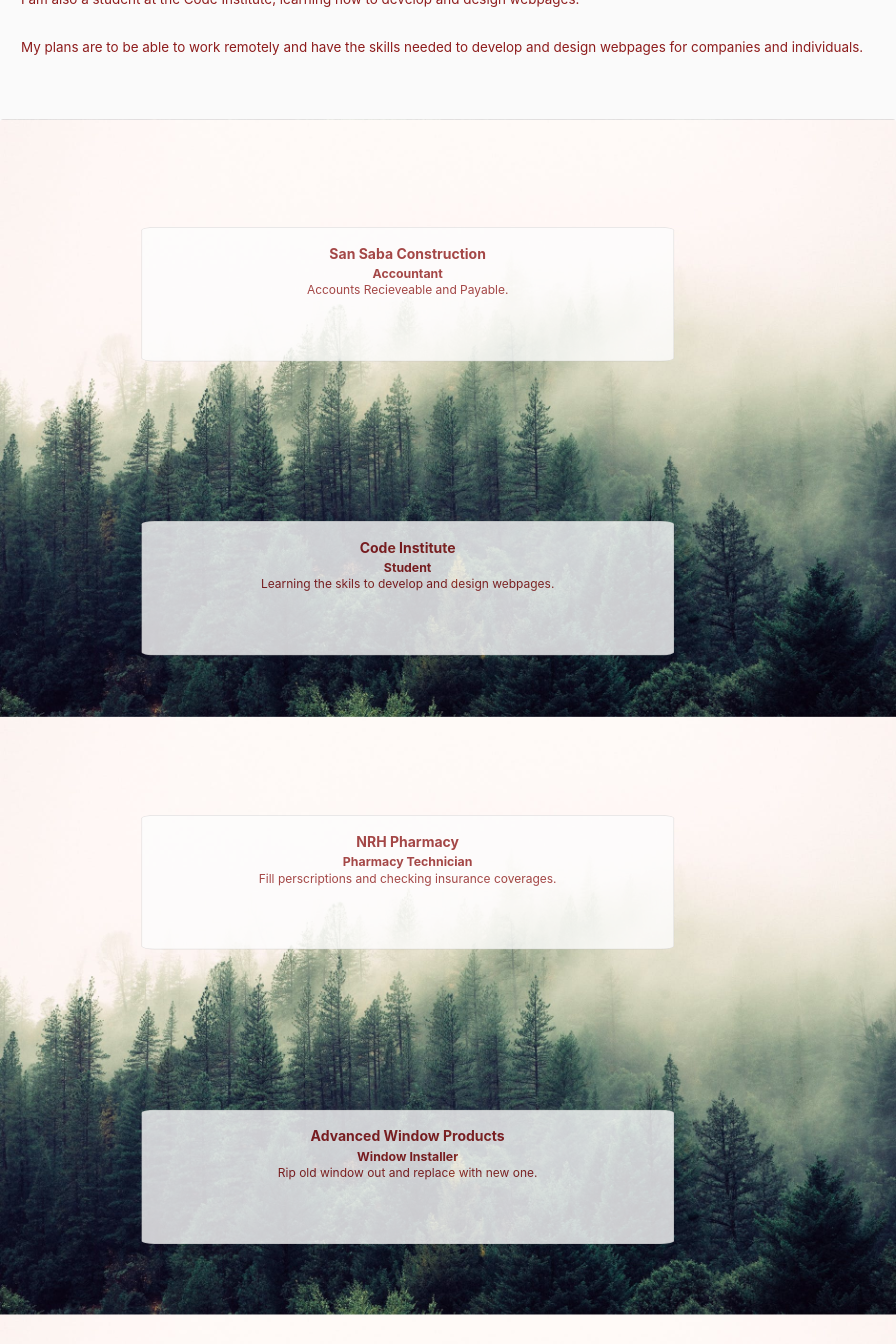
Repository: sshields9591/user-centric-project
Page: index.html
The author's editor kept a record of every edit. The page is drawn from the files as they stood at one moment, then again after the next edit.
The browser window is 1280 px wide. The pictures show the part of the page from y = 1016 to 2936 px (the page is 5248 px tall before and 5099 px after), at 70% of full size.
Backgrounds fixed to the window are drawn as part of the page. Some web libraries are served in a nearby version.

Above is the page before.

### index.html
<!DOCTYPE html>
<html lang="en">

<head>


    <meta charset="UTF-8">
    <meta name="viewport" content="width=device-width, initial-scale=1.0">
    <meta http-equiv="X-UA-Compatible" content="ie=edge">
    <link rel="stylesheet" href="https://maxcdn.bootstrapcdn.com/bootstrap/4.1.3/css/bootstrap.min.css">
    <link rel="stylesheet" href="https://use.fontawesome.com/releases/v5.11.1/css/all.css" integrity="sha384-IT8OQ5/IfeLGe8ZMxjj3QQNqT0zhBJSiFCL3uolrGgKRuenIU+mMS94kck/AHZWu" crossorigin="anonymous">
    <link href="https://fonts.googleapis.com/css?family=Roboto:400,700&display=swap" rel="stylesheet">
    <link rel="stylesheet" href="style.css" type="text/css" />

    <title>Steven Shields Portfolio</title>


</head>


<body>


    <!-------JUMBOTRON / NAVBAR------->


    <div class="jumbotron" id="landing-view">
        <div class="container-fluid">
            <div class="container">
                <nav class="navDefault">
                    <div class="dropdown">
                        <button>Explore</button>
                        <ul class="dropdownMenu">
                            <li class="dropdownItem"><a href="#" class="dropdownLink">About</a></li>
                            <li class="dropdownItem"><a href="#" class="dropdownLink">Work</a></li>
                            <li class="dropdownItem"><a href="#" class="dropdownLink">Skills</a></li>
                            <li class="dropdownItem"><a href="#" class="dropdownLink">Contact</a></li>
                        </ul>
                    </div>
                </nav>
            </div>
            <div class="container top">
                <br>
                <br>
                <br>
                <h1 class="name">Steven Shields</h1>
                <p class="title">Full-Stack Software Developer</p>
            </div>
        </div>
    </div>


    <!-------ABOUT ME------->


    <div id="about-me">
        <div class="container-fluid">
            <div class="row about-row" id="about">
                <br>
                <br>
                <h2>About</h2>
            </div>
            <div class="col">
                <p class="about-p">
                    I am currently an accountant for San Saba Construction doing AR and AP duties. I submit payment applications each month to our customers that we do work with, make sure each of our vendors are paid each month to prevent lien notices from going out on a job which will prohibit any further production of the specific job.
                </p>
                <br>
                <p class="about-p">
                    I am also a student at the Code Institute, learning how to develop and design webpages.
                </p>
                <br>
                <p class="about-p">
                    My plans are to be able to work remotely and have the skills needed to develop and design webpages for companies and individuals.
                </p>
                <br>
                <br>
                <br>
            </div>
        </div>
    </div>


    <!-------WORK------->


    <div class="jumbotron" id="work">
        <div class="container-fluid card-container">
            <div class="col col-md-8 project-cards">
                <div class="card">
                    <div class="card-body">
                        <h5 class="card-title">San Saba Construction</h5>
                        <h6 class="card-subtitle">Accountant</h6>
                        <p class="card-text">Accounts Recieveable and Payable.</p>
                    </div>
                </div>
            </div>
            <div class="col col-md-8 project-cards">
                <div class="card">
                    <div class="card-body">
                        <h5 class="card-title">Code Institute</h5>
                        <h6 class="card-subtitle">Student</h6>
                        <p class="card-text">Learning the skils to develop and design webpages.</p>
                    </div>
                </div>
            </div>
            <div class="col col-md-8 project-cards">
                <div class="card">
                    <div class="card-body">
                        <h5 class="card-title">NRH Pharmacy</h5>
                        <h6 class="card-subtitle">Pharmacy Technician</h6>
                        <p class="card-text">Fill perscriptions and checking insurance coverages.</p>
                    </div>
                </div>
            </div>
            <div class="col col-md-8 project-cards">
                <div class="card">
                    <div class="card-body">
                        <h5 class="card-title">Advanced Window Products</h5>
                        <h6 class="card-subtitle">Window Installer</h6>
                        <p class="card-text">Rip old window out and replace with new one.</p>
                    </div>
                </div>
            </div>
            <div class="col col-md-8 project-cards">
                <div class="card">
                    <div class="card-body">
                        <h5 class="card-title">Texas Health Resources</h5>
                        <h6 class="card-subtitle">ER PCT</h6>
                        <p class="card-text">Ensure the well being of all patients that came in, completing basic nursing tasks.</p>
                    </div>
                </div>
            </div>
            <div class="col col-md-8 project-cards">
                <div class="card">
                    <div class="card-body">
                        <h5 class="card-title">Unclaimed Freight</h5>
                        <h6 class="card-subtitle">Furniture Salesman</h6>
                        <p class="card-text">Selling goods, handling cash and ensuring their delivery at specific times.</p>
                    </div>
                </div>
            </div>
        </div>
    </div>


    <!-------SKILLS------->


    <div class="skills-section" id="skills">
        <div class="container-fluid">
            <div class="row skills-row">
                <br>
                <br>
                <h2>Skills Learning</h2>
            </div>
            <div class="contianer skills-inner">
                <div class="col col-md-3 skill-circle">
                    <div class="arc-container">
                        <div class="arc-overlay">
                            <p class="html">.html</p>
                        </div>
                        <div class="arc-wrapper">
                        </div>
                    </div>
                </div>
                <div class="col col-md-3 skill-circle">
                    <div class="arc-container">
                        <div class="arc-overlay">
                            <p class="css">.css</p>
                        </div>
                        <div class="arc-wrapper">
                        </div>
                    </div>
                </div>
                <div class="col col-md-3 skill-circle">
                    <div class="arc-container">
                        <div class="arc-overlay">
                            <p class="js">.js</p>
                        </div>
                        <div class="arc-wrapper">
                        </div>
                    </div>
                </div>
                <div class="col col-md-3 skill-circle">
                    <div class="arc-container">
                        <div class="arc-overlay">
                            <p class="py">.py</p>
                        </div>
                        <div class="arc-wrapper">
                        </div>
                    </div>
                </div>
                <div class="col col-md-3 skill-circle">
                    <div class="arc-container">
                        <div class="arc-overlay">
                            <p class="sql">.sql</p>
                        </div>
                        <div class="arc-wrapper">
                        </div>
                    </div>
                </div>
                <div class="col col-md-3 skill-circle">
                    <div class="arc-container">
                        <div class="arc-overlay">
                            <p class="django">.dj</p>
                        </div>
                        <div class="arc-wrapper">
                        </div>
                    </div>
                </div>
            </div>
        </div>
    </div>


    <!-------CONTACT------->


    <div class="jumbotron" id="contact">
        <div class="container-fluid">
            <div class="col contact-form">
                <br>
                <h2 class="contact-head" id="contact-head">Contact</h2>
                <br>
                <form class="contact">
                    <div class="row">
                        <div class="form-group">
                            <input type="text" class="form-control" id="exampleInputName" name="Name" placeholder="Name" required/>
                        </div>
                    </div>
                    <br>
                    <div class="row">
                        <div class="form-group">
                            <input type="text" class="form-control" id="exampleInputPhone" name="Phone" placeholder="Phone">
                        </div>
                    </div>
                    <br>
                    <div class="row">
                        <div class="form-group">
                            <input type="email" class="form-control" id="exampleInputEmail1" name="Email" placeholder="Email" required>
                        </div>
                    </div>
                    <br>
                    <div class="row">
                        <div class="form-group message">
                            <textarea class="form-control" name="message" rows="6" placeholder="Message" required></textarea>
                        </div>
                    </div>
                    <br>
                    <input type="submit" value="Send" class="btn btn-default">
                </form>
            </div>
        </div>
    </div>


    <!-------FOOTER------->


    <footer>
        <div class="container-fluid">
            <div class="row foot">
                <div class="col icons">
                    <a href="https://www.linkedin.com/in/steven-shields-64689118a/"><i class="fab fa-linkedin-in alignment"></i></a>
                    <a href="https://www.github.com/sshields9591"><i class="fab fa-github alignment"></i></a>
                    <a href="resume.docx"><i class="fas fa-file-download alignment"></i></a>
                    <a href="#" style='padding-right: 0px'><i class="fab fa-facebook alignment"></i></a>
                </div>
            </div>
        </div>
    </footer>


    <!-------------->


    <script src="https://code.jquery.com/jquery-3.2.1.slim.min.js" integrity="sha384-KJ3o2DKtIkvYIK3UENzmM7KCkRr/rE9/Qpg6aAZGJwFDMVNA/GpGFF93hXpG5KkN" crossorigin="anonymous"></script>
    <script src="https://cdnjs.cloudflare.com/ajax/libs/popper.js/1.12.9/umd/popper.min.js" integrity="sha384-ApNbgh9B+Y1QKtv3Rn7W3mgPxhU9K/ScQsAP7hUibX39j7fakFPskvXusvfa0b4Q" crossorigin="anonymous"></script>
    <script src="https://maxcdn.bootstrapcdn.com/bootstrap/4.0.0/js/bootstrap.min.js" integrity="sha384-JZR6Spejh4U02d8jOt6vLEHfe/JQGiRRSQQxSfFWpi1MquVdAyjUar5+76PVCmYl" crossorigin="anonymous"></script>



</body>


</html>

### style.css
body {
    background-color: #fafafa;
    color: #8e1c1c;
}


/*-------NAVBAR-------*/

.navDefault {
    position: fixed;
    top: 0;
    right: 0;
    background-color: transparent;
}

button {
    border: none;
    background-color: #8e1c1c;
    width: 100px;
    height: 50px;
    color: #fff;
    text-transform: uppercase;
    cursor: pointer;
}

.dropdownMenu {
    list-style: none;
    margin: 0;
    padding: 0;
    position: absolute;
    left: 0;
    right: 0;
    top: 50;
    z-index: -1;
    width: 100px;
    box-shadow: 0px 6px 10px 0px rgba(0, 0, 0, 0.2);
    text-align: center;
    transform: translateY(-100%);
    transition: transform .5s ease-in-out;
}

.dropdownLink {
    text-decoration: none;
    display: block;
    background-color: #fafafa;
    color: #8e1c1c;
    padding: 10px 5px;
    transition: background-color .5s ease-in-out, color .5s ease-in-out;
}

.dropdownLink:hover {
    color: #fff;
    background-color: #8e1c1c;
}

.dropdown {
    width: 100px;
    position: relative;
}

.dropdown:hover button {
    background-color: #8e1c1c;
}

.dropdown:hover .dropdownMenu {
    transform: translateY(0);
}


/*-------JUMBOTRON-------*/

#landing-view {
    background-image: url(images/landing.jpg);
    background-attachment: fixed;
    background-position: center;
    background-size: cover;
    height: 100vh;
    background-repeat: no-repeat;
}

.top {
    padding-left: 12px;
    text-align: center;
}

h1 {
    padding-top: 5%;
    font-size: 5em;
}

.jumbotron p {
    font-size: 2.5em;
}


/*-------ABOUT ME-------*/

.about-row {
    padding-top: 10px;
    font-size: 1.75em;
    line-height: 2;
}

h2 {
    margin-left: 15px;
    letter-spacing: 5px;
    text-transform: uppercase;
}

.about-p {
    font-size: 1.2em;
}


/*-------WORK-------*/

#work {
    background-image: url(images/tree-fog.jpg);
    background-attachment: fixed;
    background-position: center;
    background-repeat: no-repeat;
    background-size: cover;
    padding-top: 40px;
    padding-bottom: 40px;
}

.project-cards {
    display: inline-table;
    justify-content: center;
    align-items: center;
}

.card {
    background-color: #fdfdfd;
    border-radius: 2.5%;
    height: 16em;
    top: 50%;
    margin: 15% auto;
    padding: 15px;
    align-items: center;
    z-index: 2;
    display: block;
    opacity: 0.8;
}

.card-body {
    text-align: center;
    padding-top: 10px;
}

.card-title {
    font-size: 1.25em;
    font-weight: bold;
}

.card-subtitle {
    font-size: 1.1em;
    font-weight: bold;
}

.card-body .card-text {
    font-size: 1.07em;
}


/*-------SKILLS-------*/

#skills {
    position: relative;
    top: 12%;
    padding-bottom: 96px;
}

.skills {
    margin-top: 70px;
}

.skills-inner {
    margin-left: 30px;
}

.skill-circle {
    display: inline-table;
    margin-bottom: 55px;
    padding-left: 18%;
}

.arc-wrapper {
    width: 120px;
    height: 120px;
    border-radius: 150px;
    background: #d3d3d3;
    overflow: hidden;
    left: 0px;
    top: 50px;
    position: absolute;
}

.arc-overlay {
    width: 110px;
    height: 110px;
    background-color: #fafafa;
    padding-left: 20px;
    padding-top: 6px;
    box-sizing: border-box;
    -moz-box-sizing: border-box;
    line-height: 100px;
    font-weight: 400;
    text-shadow: 0 1px 0 #fff;
    font-size: 22px;
    border-radius: 100px;
    position: absolute;
    z-index: 5;
    top: 55px;
    left: 5px;
}

.arc-container {
    position: relative;
    height: 130px;
    width: 130px;
}

.html {
    padding-left: 18px;
}

.css {
    padding-left: 18px;
}

.js {
    padding-left: 18px;
}

.py {
    padding-left: 18px;
}

.sql {
    padding-left: 18px;
}

.django {
    padding-left: 18px;
}


/*-------CONTACT-------*/

#contact {
    background-attachment: fixed;
    background-image: url('images/river.jpg');
    background-position: center;
    background-size: cover;
    height: 115vh;
    width: 100vw;
    background-repeat: no-repeat;
}

.contact-form {
    position: relative;
    top: 6%;
}

.contact {
    margin-left: 30px;
}

#contact-head {
    margin-left: -30px;
}

.btn {
    background-color: #8e1c1c;
    color: #fff;
    margin-left: 50px;
}


/*-------FOOTER-------*/

footer {
    border-color: transparent;
    text-align: center;
}

.foot {
    margin-bottom: 20px;
}

a {
    padding: 5px 5px 15px 15px;
    background-color: transparent;
}

.alignment {
    line-height: 2px;
}

i {
    display: inline-block;
    color: #8f8f8f;
    width: 41px;
    height: 25px;
    font-size: 28px;
    text-align: center;
    margin-top: 2.5px;
    margin-bottom: 2.5px;
}


/*-------MEDIA QUERIES------*/

@media (min-width: 768px) and (max-width: 1024px) {

    /*--JUMBOTRON--*/

    .name {
        padding-top: 0px;
    }

    h1 {
        font-size: 10em;
    }

    .jumbotron p {
        font-size: 4em;
    }

    /*--ABOUT--*/

    .about-p {
        font-size: 1.8em;
    }

    /*--WORK--*/

    .card-container {
        width: 77vw;
    }

    .card {
        height: 12em;
        padding: 8px;
    }

    .project-cards {
        margin-left: 60px;
    }

    /*--SKILLS--*/

    .skill-circle {
        margin-left: 30px;
        padding-left: 30px;
    }

    /*--CONTACT--*/

    #contact {
        padding: 0px 10px;
        height: 100vh;
    }

    .contact {
        margin-top: 60px;
    }

    .contact-head {
        margin-left: -30px;
    }

    .form-control {
        width: 50vw;
    }

    .form-group {
        padding: 0px;
        margin-left: 190px;
        margin-bottom: 20px;
    }

    .btn {
        margin-left: 400px;
    }
}

@media (min-width: 1025px) {

    /*--JUMBOTRON--*/

   .name{
       padding-top: 0px;
   }

    h1 {
        font-size: 10em;
    }

    .jumbotron p {
        font-size: 4em;
    }

    /*--WORK--*/

    .project-cards {
        margin-left: 140px;
    }

    .card {
        height: 12em;
    }

    /*--CONTACT--*/

    .form-group {
        margin-left: 250px;
    }

    .form-control {
        width: 50vw;
    }
    .btn {
        margin-left: 550px;
    }

    /*--FOOTER--*/

    footer {
        margin-right: 60px;
    }

    i {
        margin-right: 50px;
    }
}

After the next edit:
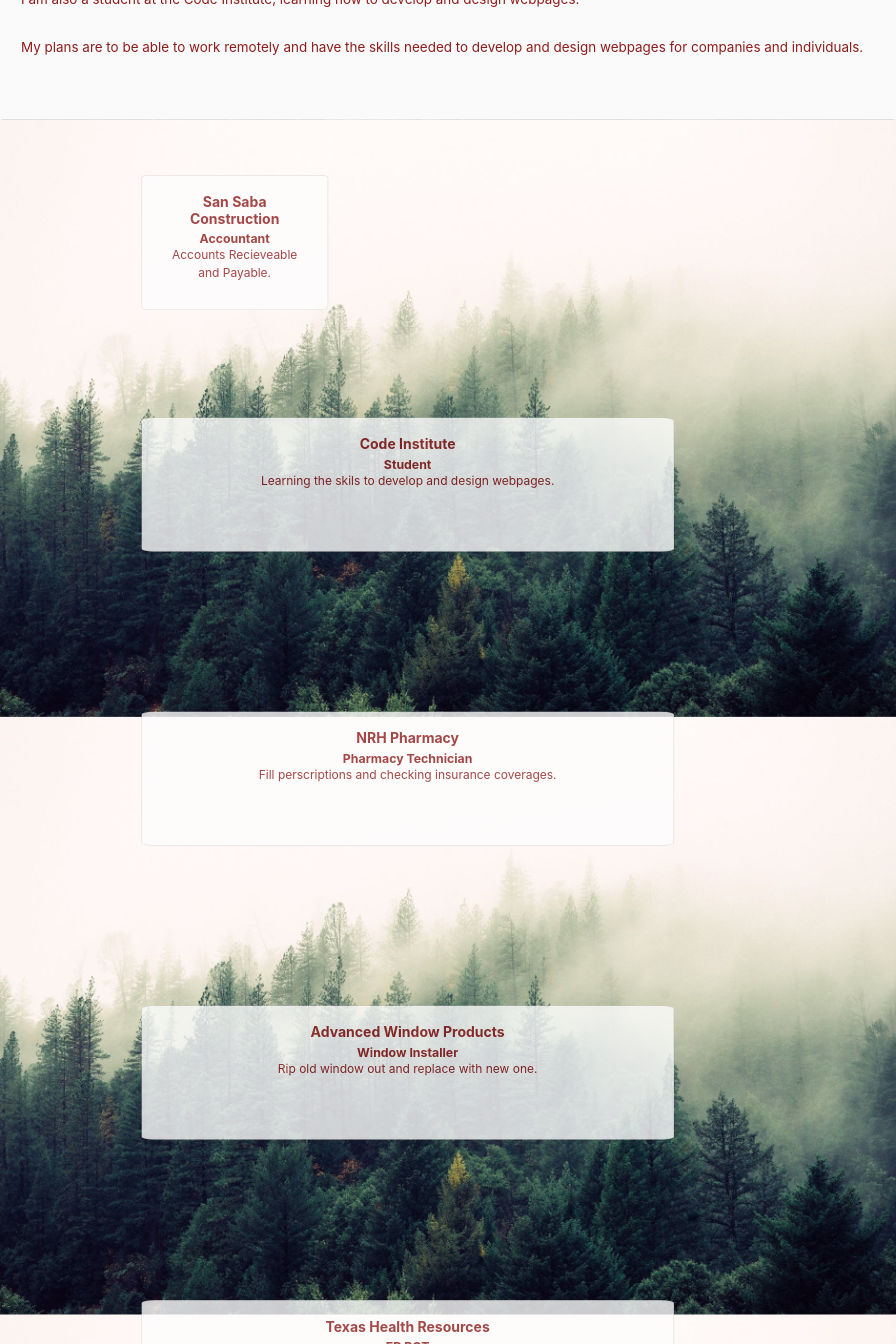
The edit:
--- a/index.html
+++ b/index.html
@@ -85,7 +85,7 @@
 
     <div class="jumbotron" id="work">
         <div class="container-fluid card-container">
-            <div class="col col-md-8 project-cards">
+            <div class="col col-md-8 col-lg-3 project-cards">
                 <div class="card">
                     <div class="card-body">
                         <h5 class="card-title">San Saba Construction</h5>
